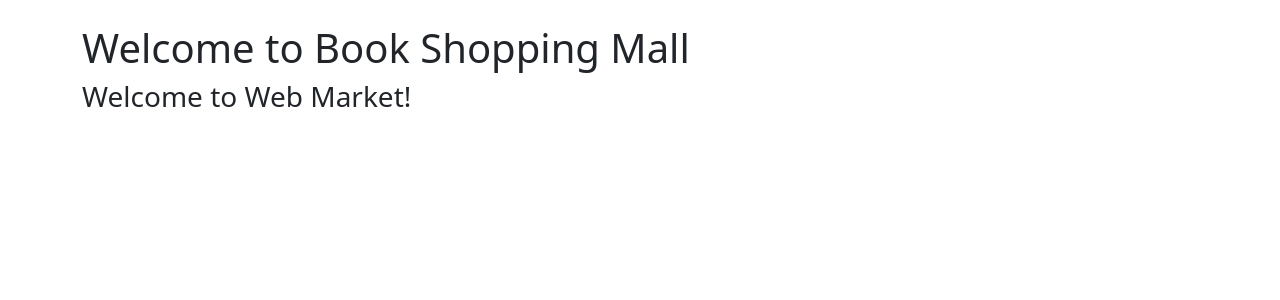
Repository: byeolchorong/ITedunet
Page: http://localhost/BookMarket/welcome.jsp
These files come from the project's save history. The page is drawn as it stood at one moment and after the next save; the edit follows.
The browser window is 1280 px wide. The pictures show the whole page.
Some web libraries are served in a nearby version. The page is served by Tomcat 10. Nobody is signed in. The application's start-up code is not run. Other server files are loaded and not shown.

Above is the page before, as saved 2025-05-21 05:25:59.

### JSP/BookMarket/src/main/webapp/welcome.jsp
<%@ page language="java" contentType="text/html; charset=UTF-8"
    pageEncoding="UTF-8"%>
<!DOCTYPE html>
<html>
<head>
 <link href="https://cdn.jsdelivr.net/npm/bootstrap@5.3.6/dist/css/bootstrap.min.css" rel="stylesheet">
<meta charset="UTF-8">
<title>Insert title here</title>
</head>
<body>
<div class="container py-4">
<a href="./welcome.jsp" class="d-flex align-items-center text-dark text-decoration-none">
	<i class="fa-solid fa-house"></i>
</a>
	<%! String greeting = "Welcome to Book Shopping Mall";
	String tagline = "Welcome to Web Market!";%>

	<h1><%= greeting %></h1>
	<h3><%= tagline %></h3>
</div>
</body>
</html>

After the next save:
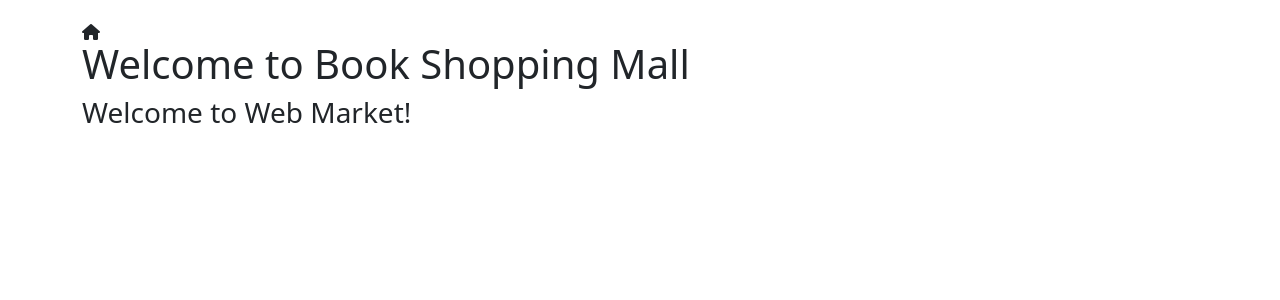
Saved 41 s later.
--- a/JSP/BookMarket/src/main/webapp/welcome.jsp
+++ b/JSP/BookMarket/src/main/webapp/welcome.jsp
@@ -4,6 +4,7 @@
 <html>
 <head>
  <link href="https://cdn.jsdelivr.net/npm/bootstrap@5.3.6/dist/css/bootstrap.min.css" rel="stylesheet">
+<script src="https://kit.fontawesome.com/705381df09.js" crossorigin="anonymous"></script>
 <meta charset="UTF-8">
 <title>Insert title here</title>
 </head>
